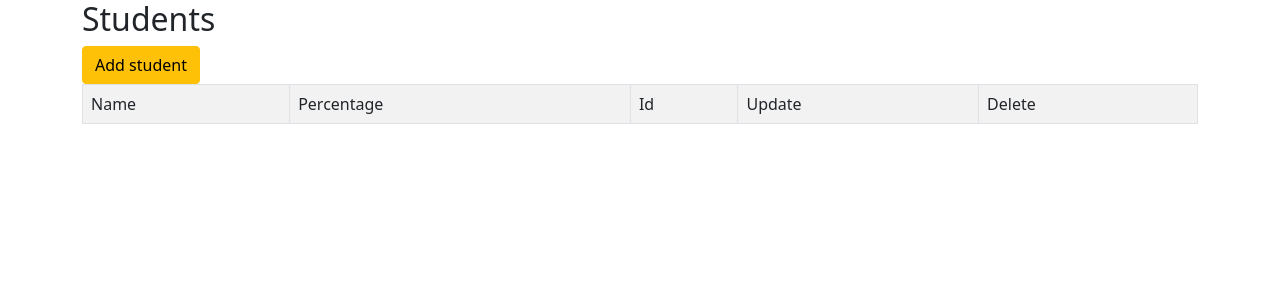
Repository: shivamaninalla/Bank-Application-JSP
Page: http://localhost/09-student-mvc-db/StudentController
An editor plug-in stored every save of this project. The page is shown before and after the next save, followed by the edit.
The browser window is 1280 px wide. The pictures show the whole page.
The page is served by Tomcat 9. Queries for data that is not in the repository find no rows.

Above is the page before, as saved 2024-07-18 05:30:35.

After the next save:
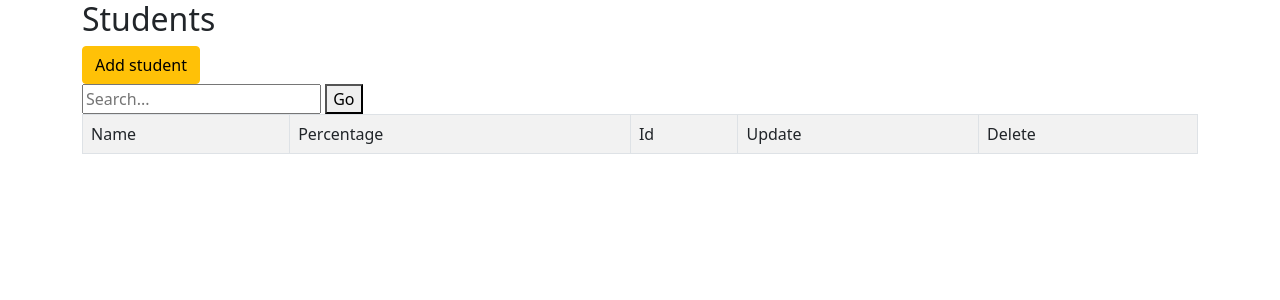
Saved 72 min 42 s later.
--- a/09-student-mvc-db/WebContent/viewstudent.jsp
+++ b/09-student-mvc-db/WebContent/viewstudent.jsp
@@ -21,7 +21,10 @@
  <div class="container">
 	<h2>Students</h2>
 	<a href="addStudent.jsp" class="btn btn-warning">Add student</a>
-
+	<div class="search-wrapper">
+            <input type="search" class="search-bar" placeholder="Search...">
+            <button class="search-button">Go</button>
+        </div>
 
 	<table class="table table-striped table-bordered">
 		<tr>
